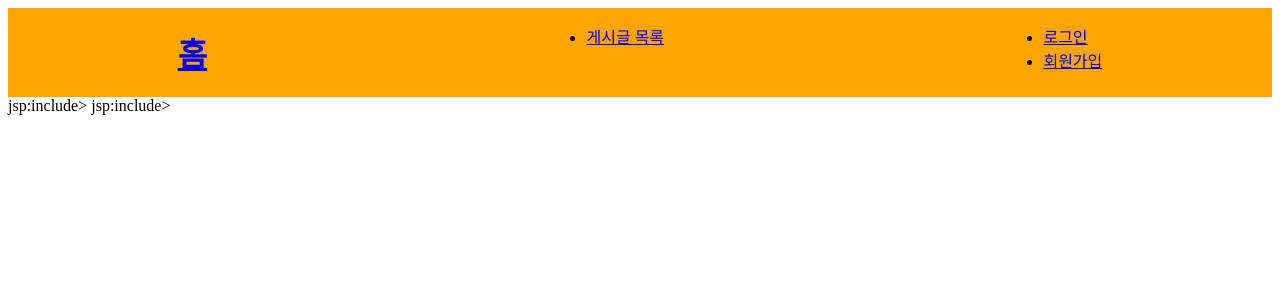
Repository: moonjaeh/springFramwork
Page: http://localhost/_02_BoardWeb_structure/
These files come from the project's save history. The page is drawn as it stood at one moment and after the next save; the edit follows.
The browser window is 1280 px wide. The pictures show the whole page.
The page is served by Tomcat 9. Nobody is signed in. The application's start-up code is not run. Other server files are loaded and not shown.

Above is the page before, as saved 2022-07-12 06:43:29.

### _02_BoardWeb_structure/src/main/webapp/index.jsp
<%@ page language="java" contentType="text/html; charset=UTF-8"
    pageEncoding="UTF-8"%>
<!DOCTYPE html>
<html>
<head>
<meta charset="UTF-8">
<title>Insert title here</title>
</head>
<body>
	<jsp:include page="./header.jsp"></jsp:include>jsp:include>

	<jsp:include page="./footer.jsp"></jsp:include>jsp:include>
</body>
</html>

### _02_BoardWeb_structure/src/main/webapp/header.jsp
<%@ page language="java" contentType="text/html; charset=UTF-8"
	pageEncoding="UTF-8"%>
<!DOCTYPE html>
<html>
<head>
<meta charset="UTF-8">
<title>Insert title here</title>
</head>
<body>
	<header
		style="display: flex; justify-content: space-around; align-itmes: center; background: orange;">
		<h1>
			<a href="/index.jsp"> 홈 </a>
		</h1>
		<nav>
			<ul class="main-nav">
				<li><a href="#">게시글 목록</a>
			</ul>
		</nav>
		<nav>
			<ul class="user-nav">
				<li>
					<a href="#">로그인</a>
				</li>
				<li>
					<a href="#">회원가입</a>
				</li>
			</ul>
		</nav>
	</header>
</body>
</html>

Loaded but not shown: _02_BoardWeb_structure/src/main/webapp/footer.jsp (common file)

After the next save:
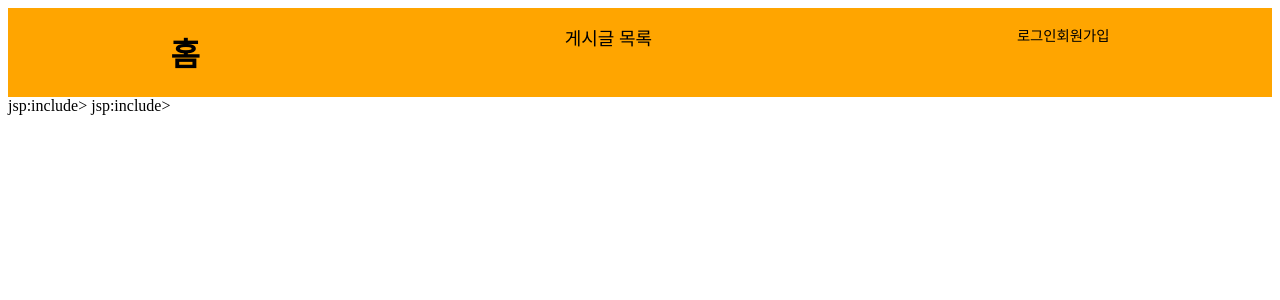
Saved 3 min 22 s later.
--- a/_02_BoardWeb_structure/src/main/webapp/header.jsp
+++ b/_02_BoardWeb_structure/src/main/webapp/header.jsp
@@ -5,6 +5,37 @@
 <head>
 <meta charset="UTF-8">
 <title>Insert title here</title>
+<style>
+	ul, li {
+	list-style: none;
+	}
+
+	a {
+		text-decoration:none;
+		color:black;'
+	}
+	a:hover{
+	color:blue;
+	}
+
+	.main-nav li a {
+	font-size: 1.125rem;
+	}
+	.user-nav {
+	display : flex;
+	fustify-content:space-between;
+	align-items: center;
+	}
+
+	.user-nav li {
+	margins-left: 10px;
+	}
+
+	.user-nav li a {
+	font-size: 0.9rem;
+	}
+</style>
+
 </head>
 <body>
 	<header
